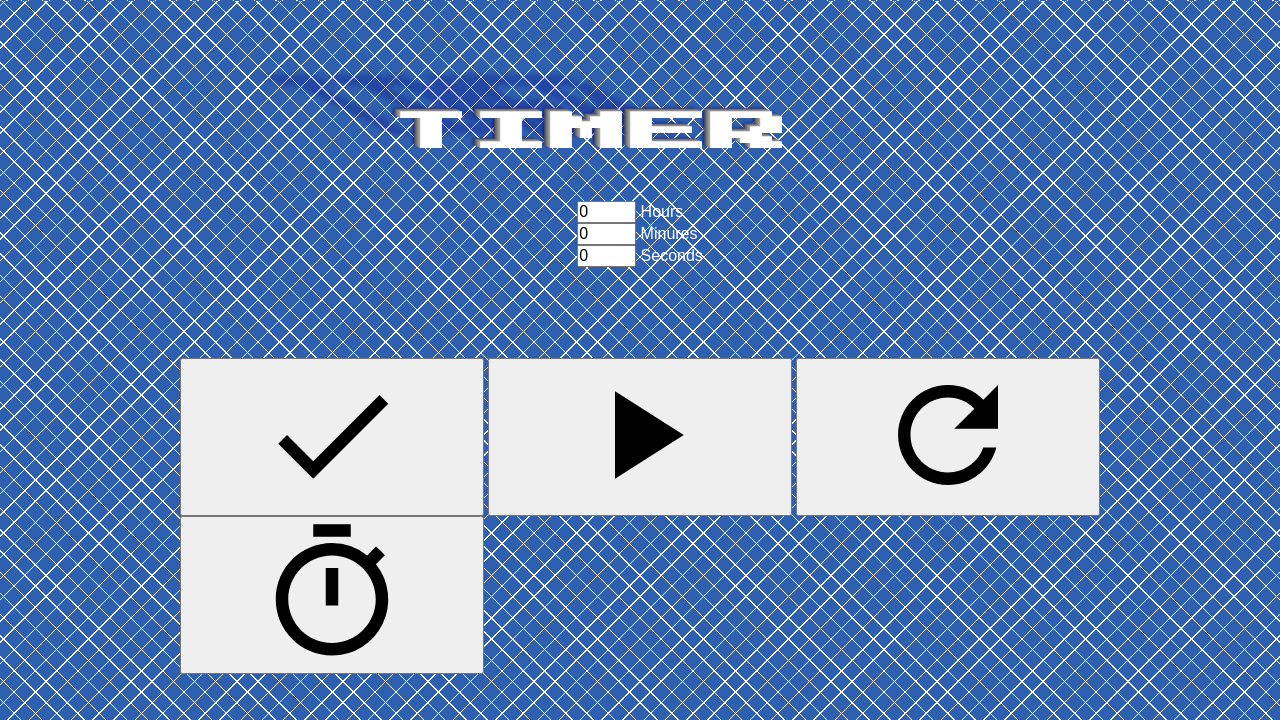
Repository: KrzysKolo/Projekt-12_Timer
Page: index.html
An editor plug-in stored every save of this project. The page is shown before and after the next save, followed by the edit.
The browser window is 1280 px wide. The pictures show the whole page.
Some web fonts or font styles are not loaded; a fallback is used.

Above is the page before, as saved 2020-06-24 21:44:59.

### index.html
<!DOCTYPE html>
<html lang="en">
  <head>
    <meta charset="UTF-8" />
    <meta name="viewport" content="width=device-width, initial-scale=1.0" />
    <title>Taimer</title>
    <link
      href="https://fonts.googleapis.com/css2?family=Aldrich&family=Press+Start+2P&display=swap"
      rel="stylesheet"
    />

    <link rel="stylesheet" href="./css/style.css" />
  </head>
  <body>
    <main class="timer">
      <header class="timer__header">
        <h1 class="timer__heading" data-text="TIMER">
          Timer
        </h1>
      </header>
      <article class="timer__clock">
        <!-- input hours-->
        <section class="clock">
          <input
            type="number"
            name="hours"
            id="hours"
            value="0"
            min="0"
            max="99"
            class="clock__input"
            data-timer-input__hours
          />
          <label for="hours" class="clock__label">Hours</label>
        </section>
        <!-- input minutes-->
        <section class="clock">
          <input
            type="number"
            name="minutes"
            id="minutes"
            value="0"
            min="0"
            max="59"
            class="clock__input"
            data-timer-input__minutes
          />
          <label for="minutes" class="clock__label">Minures</label>
        </section>
        <!-- input seconds -->
        <section class="clock">
          <input
            type="number"
            name="seconds"
            id="seconds"
            value="0"
            min="0"
            max="59"
            class="clock__input"
            data-timer-input__seconds
          />
          <label for="seconds" class="clock__label">Seconds</label>
        </section>
      </article>
      <article class="timer__buttons">
        <!-- button 1 -->
        <button class="button">
          <svg class="button__icon">
            <use xlink:href="./assets/icons/sprite.svg#done-24px"></use>
          </svg>
        </button>
        <!-- button 2 -->
        <button class="button">
          <svg class="button__icon">
            <use xlink:href="./assets/icons/sprite.svg#play_arrow-24px"></use>
          </svg>
        </button>
        <!-- button 3 -->
        <button class="button">
          <svg class="button__icon">
            <use xlink:href="./assets/icons/sprite.svg#refresh-24px"></use>
          </svg>
        </button>
        <!-- dźwięk -->
        <section class="timer__audio">
          <audio src="./assets/sounds/alarm.mp3" loop></audio>
          <button class="button">
            <svg class="button__icon button__icon--alarm">
              <use xlink:href="./assets/icons/sprite.svg#timer-24px"></use>
            </svg>
          </button>
        </section>
      </article>
    </main>
  </body>
</html>

### css/style.css
*,
*::before,
*::after {
  padding: 0;
  margin: 0;
  box-sizing: inherit;
  font-size: 16px;
}
body {
  box-sizing: border-box;
  color: #fff;
  font-family: "Aldrich", sans-serif;
  background-color: #2f5faf;
  background-position: 0 1px;

  background-image: -webkit-repeating-linear-gradient(
      deg,
      #fff,
      #fff 1px,
      transparent 1px,
      transparent 15px
    ),
    -webkit-repeating-linear-gradient(90deg, #fff, #fff 1px, transparent 1px, transparent
          15px);
  background-image: repeating-linear-gradient(
      -45deg,
      #fff,
      #fff 1px,
      transparent 1px,
      transparent 15px
    ),
    repeating-linear-gradient(
      45deg,
      #fff,
      #fff 1px,
      transparent 1px,
      transparent 15px
    );
}
.timer {
  width: 100vw;
  height: 100vh;
  position: relative;

  display: flex;
  flex-direction: column;
  justify-content: space-around;
  align-items: flex-start;
  align-items: center;
}
.timer__header {
}

.timer__heading {
  font-family: "Press Start 2P", cursive;
  font-size: 4rem;
  text-transform: uppercase;
  position: relative;
  top: 50%;
  left: -50%;
  transform: calc(-50%, -50%);
  color: rgba(0, 0, 0, 0);

  transform: skew(63deg, 0deg);

  text-shadow: 0 0 3px rgba(0, 0, 128, 0.25);
  z-index: 50;
}
.timer__heading::after {
  content: attr(data-text);
  font-family: "Press Start 2P", cursive;
  font-size: 5rem;
  position: absolute;
  top: 15px;
  left: 25px;
  color: rgba(255, 255, 255, 1);

  transform: skew(-63deg) scale(1, 0.5);

  text-shadow: -1px -1px 1px #aaa, -2px -2px 1px #999, -3px -3px 1px #888,
    -4px -4px 1px #777, -5px -5px 1px #666, -6px -6px 1px #555,
    -7px -7px 5px rgba(0, 0, 128, 0.75);
  z-index: 100;
}

After the next save:
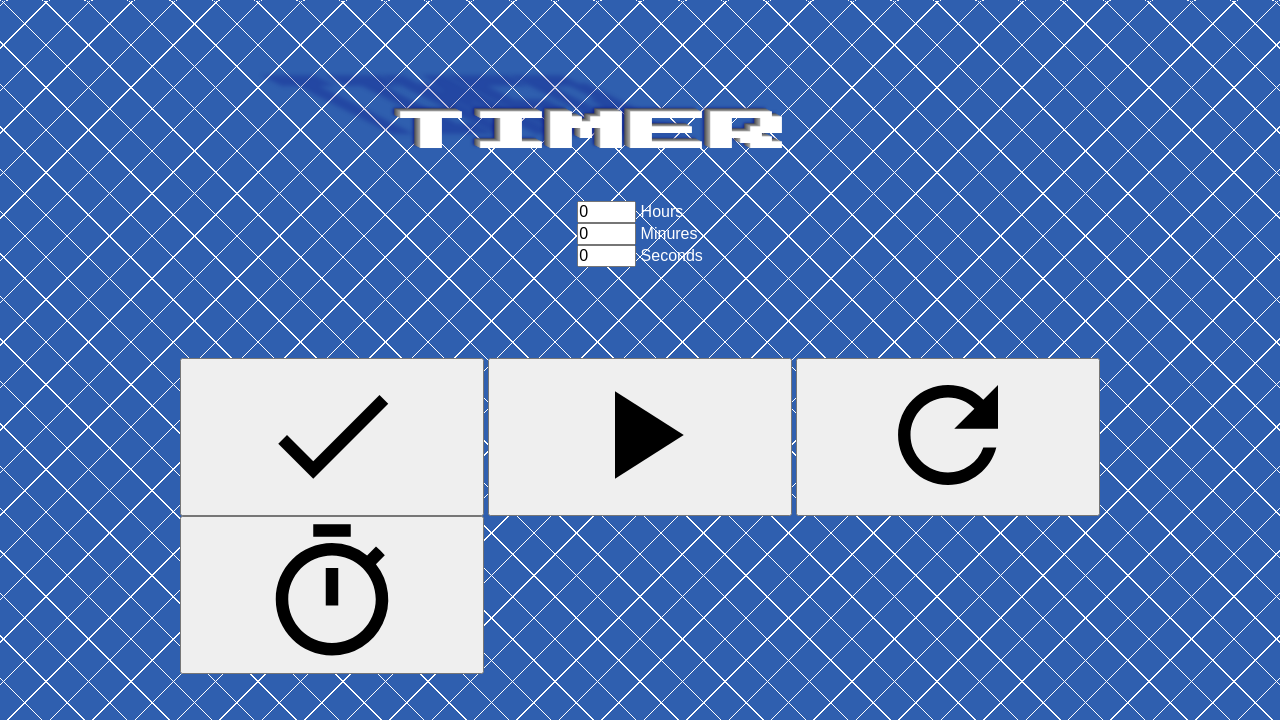
Saved 61 s later.
--- a/css/style.css
+++ b/css/style.css
@@ -18,23 +18,23 @@ body {
       #fff,
       #fff 1px,
       transparent 1px,
-      transparent 15px
+      transparent 30px
     ),
     -webkit-repeating-linear-gradient(90deg, #fff, #fff 1px, transparent 1px, transparent
-          15px);
+          30px);
   background-image: repeating-linear-gradient(
       -45deg,
       #fff,
       #fff 1px,
       transparent 1px,
-      transparent 15px
+      transparent 30px
     ),
     repeating-linear-gradient(
       45deg,
       #fff,
       #fff 1px,
       transparent 1px,
-      transparent 15px
+      transparent 30px
     );
 }
 .timer {
